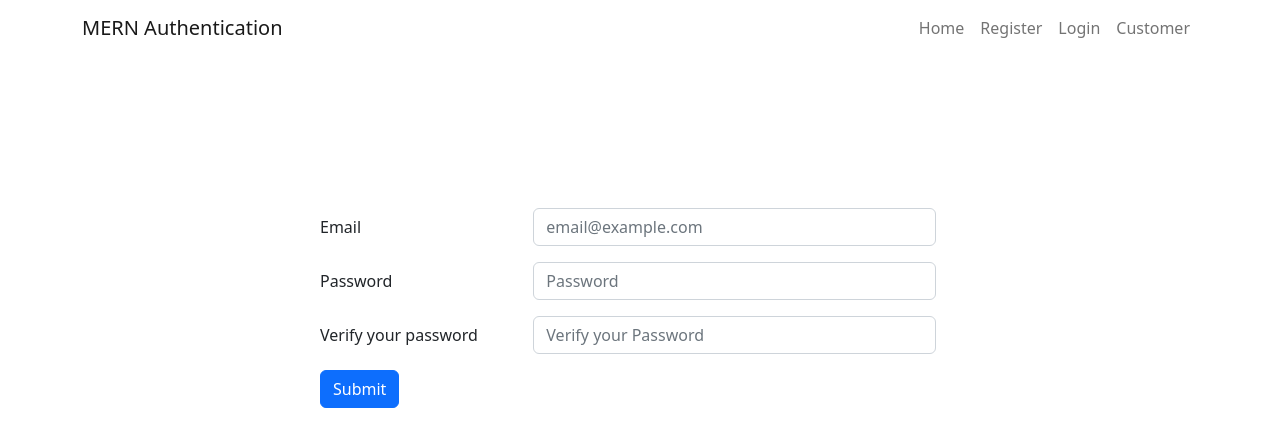
Repository: RubaHusam/MERN-Auth
Page: /register (app in frontend/)
An editor plug-in stored every save of this project. The page is shown before and after the next save, followed by the edit.
The browser window is 1280 px wide. The pictures show the whole page.
The project was rebuilt for these pictures with package versions that can differ from the ones it lists, and the page was loaded fresh each time.

Above is the page before, as saved 2023-01-27 19:07:05.

After the next save:
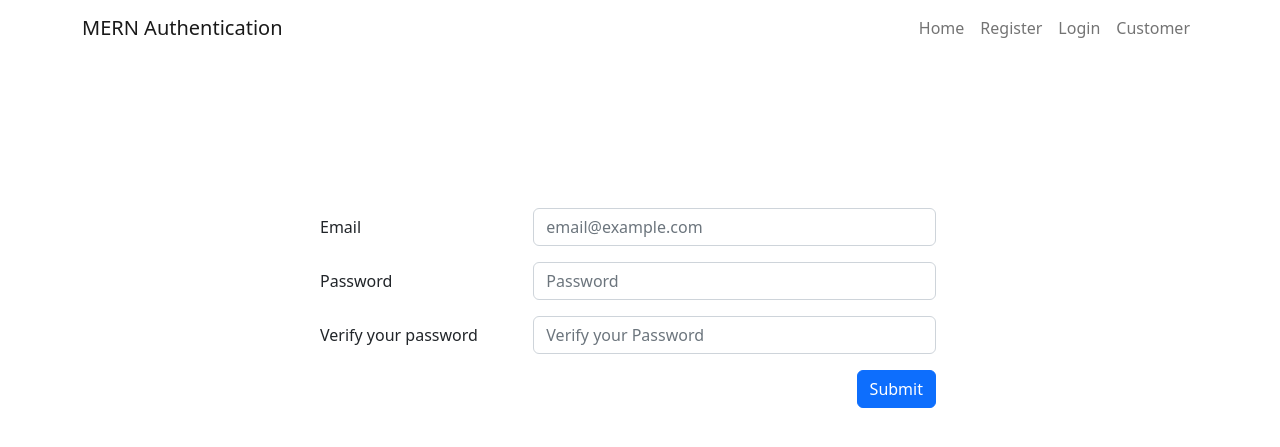
Saved 67 s later.
--- a/frontend/src/components/Auth/Register.js
+++ b/frontend/src/components/Auth/Register.js
@@ -66,7 +66,10 @@
             />
           </Col>
         </Form.Group>
-        <Button variant='primary' type='submit'>
+        <Button
+          variant='primary'
+          type='submit'
+          style={{ display: 'flex', justifySelf: 'right' }}>
           Submit
         </Button>
       </Form>

After the save that followed:
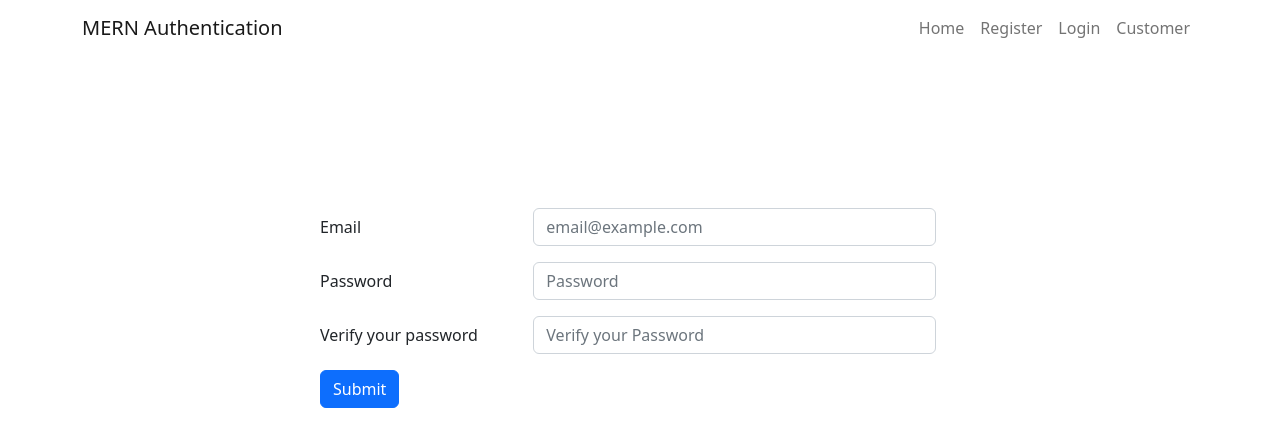
Saved 87 s later.
--- a/frontend/src/components/Auth/Register.js
+++ b/frontend/src/components/Auth/Register.js
@@ -69,7 +69,7 @@
         <Button
           variant='primary'
           type='submit'
-          style={{ display: 'flex', justifySelf: 'right' }}>
+          style={{ justifySelf: 'flex-end' }}>
           Submit
         </Button>
       </Form>
